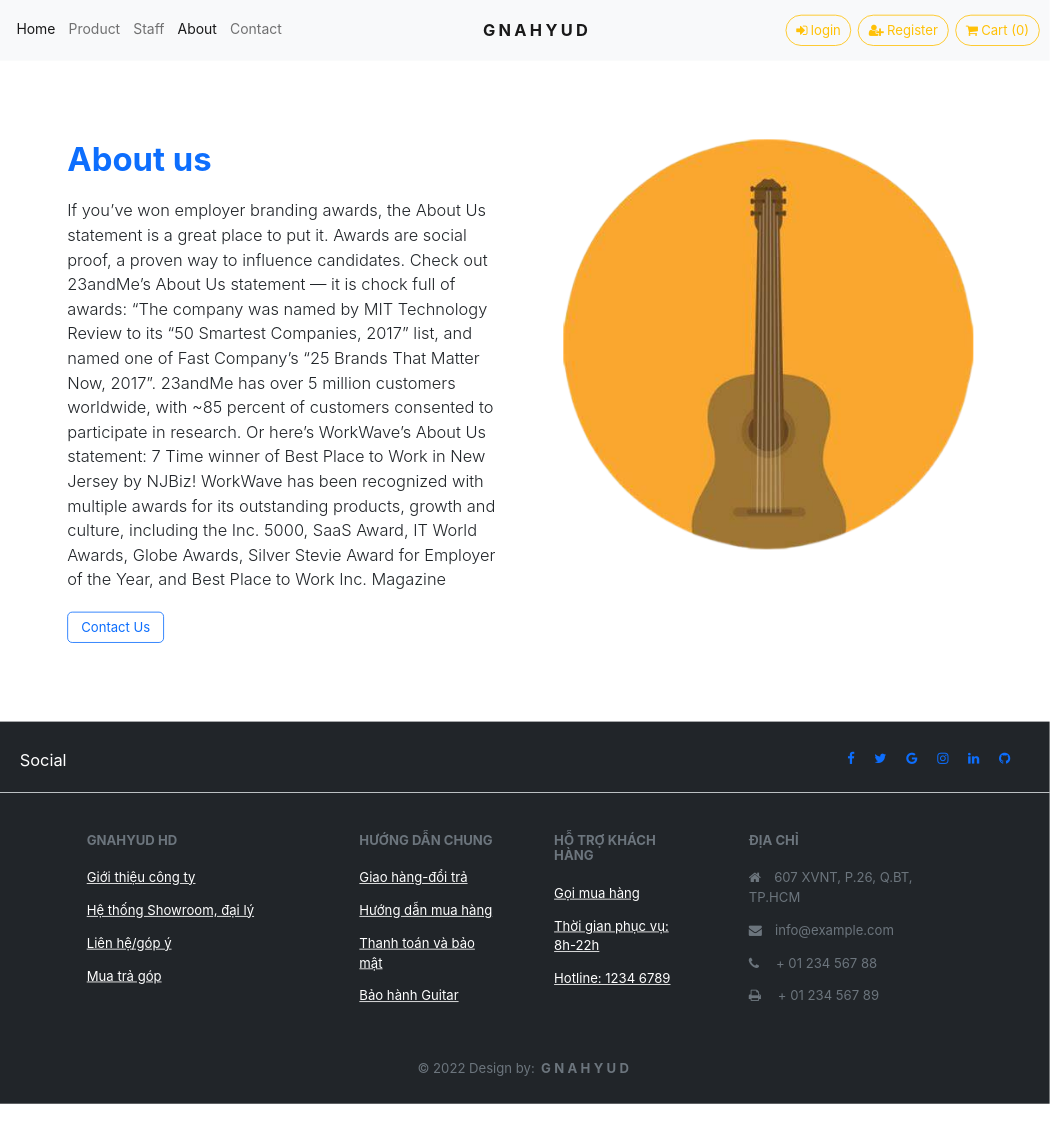
Repository: HoangDuy315/GuitarStore-Reactjs
Page: /about
An editor plug-in stored every save of this project. The page is shown before and after the next save, followed by the edit.
The browser window is 1280 px wide. The pictures show the whole page, at 82% of full size.
The project was rebuilt for these pictures with package versions that can differ from the ones it lists, and the page was loaded fresh each time. Also part of the build but not shown: src/App.css, src/components/Product.jsx, src/components/Staff.jsx, src/components/Home.jsx, src/components/Contact.jsx.

Above is the page before, as saved 2022-09-23 13:32:20.

After the next save:
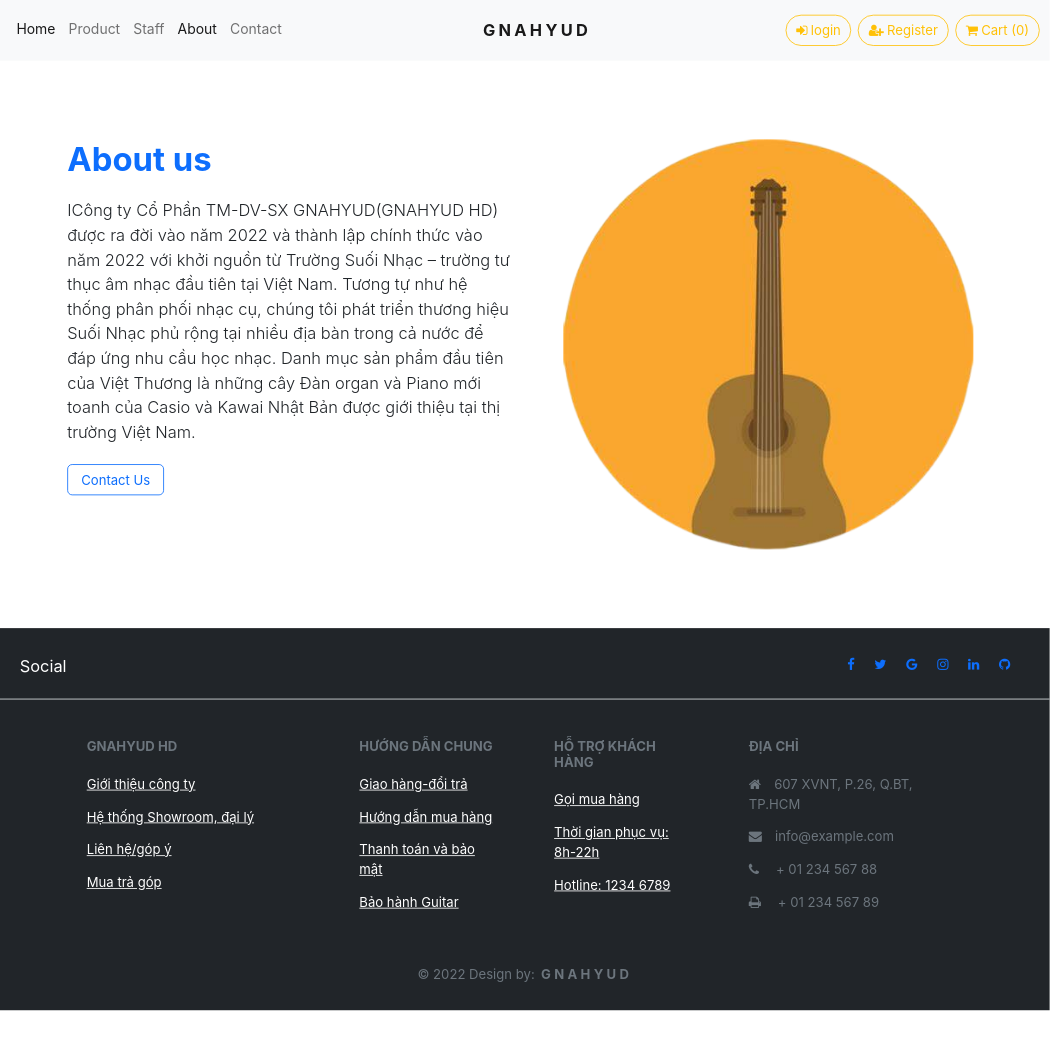
Saved 98 s later.
--- a/src/components/About.jsx
+++ b/src/components/About.jsx
@@ -8,12 +8,8 @@ const About = () => {
                 <div className="row ">
                     <div className="col-md-6">
                         <h1 className='text-primary fw-bold mb-4'>About us</h1>
-                        <p className="lead mb-4">If you’ve won employer branding awards, the About Us statement is a great place to put it. Awards are social proof, a proven way to influence candidates.
-                        Check out 23andMe’s About Us statement — it is chock full of awards:
-                        “The company was named by MIT Technology Review to its “50 Smartest Companies, 2017” list, and named one of Fast Company’s “25 Brands That Matter Now, 2017”. 23andMe has over 5 million customers worldwide, with ~85 percent of customers consented to participate in research.
-                        Or here’s WorkWave’s About Us statement:
-                        7 Time winner of Best Place to Work in New Jersey by NJBiz!
-                        WorkWave has been recognized with multiple awards for its outstanding products, growth and culture, including the Inc. 5000, SaaS Award, IT World Awards, Globe Awards, Silver Stevie Award for Employer of the Year, and Best Place to Work Inc. Magazine
+                        <p className="lead mb-4">ICông ty Cổ Phần TM-DV-SX GNAHYUD(GNAHYUD HD) được ra đời vào năm 2022 và thành lập chính thức vào năm 2022 với khởi nguồn từ Trường Suối Nhạc – trường tư thục âm nhạc đầu tiên tại Việt Nam.
+                         Tương tự như hệ thống phân phối nhạc cụ, chúng tôi phát triển thương hiệu Suối Nhạc phủ rộng tại nhiều địa bàn trong cả nước để đáp ứng nhu cầu học nhạc. Danh mục sản phẩm đầu tiên của Việt Thương là những cây Đàn organ và Piano mới toanh của Casio và Kawai Nhật Bản được giới thiệu tại thị trường Việt Nam.
                         </p>
                         <NavLink to="/contact" className="btn btn-outline-primary px-3">Contact Us</NavLink>
                     </div>
